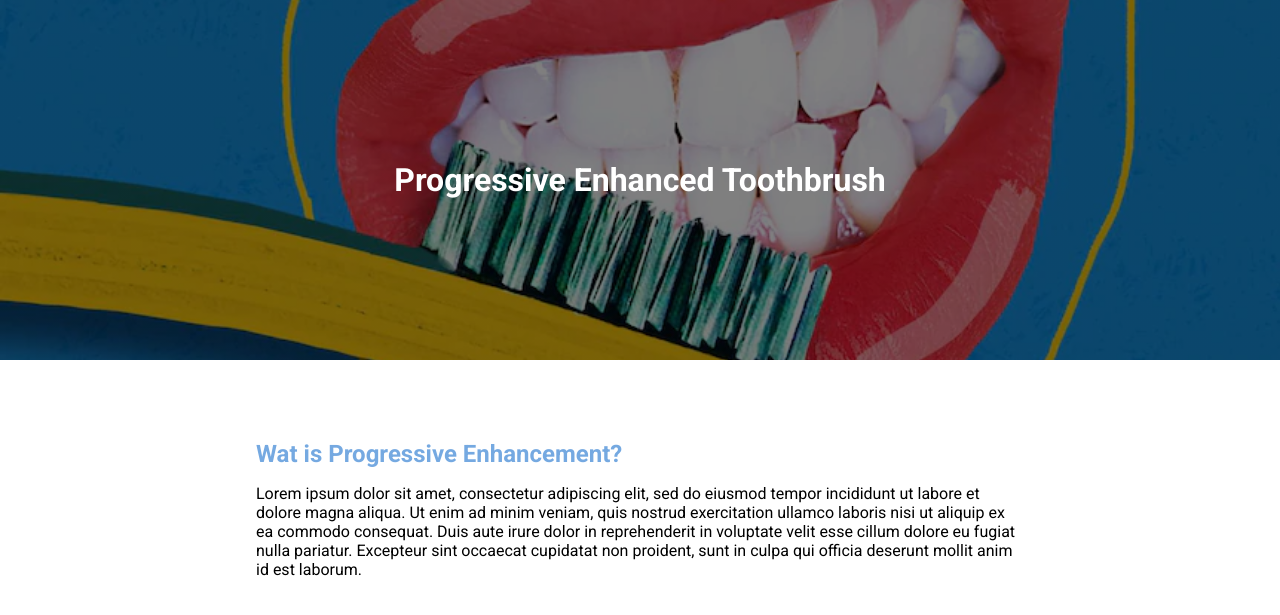
Repository: norakramer1/browser-technologies-2122
Page: progressive-enhanced-toothbrush-main/index.html
These files come from the project's save history. The page is drawn as it stood at one moment and after a run of saves; the edit follows.
The browser window is 1280 px wide. The pictures show the whole page.

Above is the page before, as saved 2022-03-23 12:14:31.

After the next 2 saves:
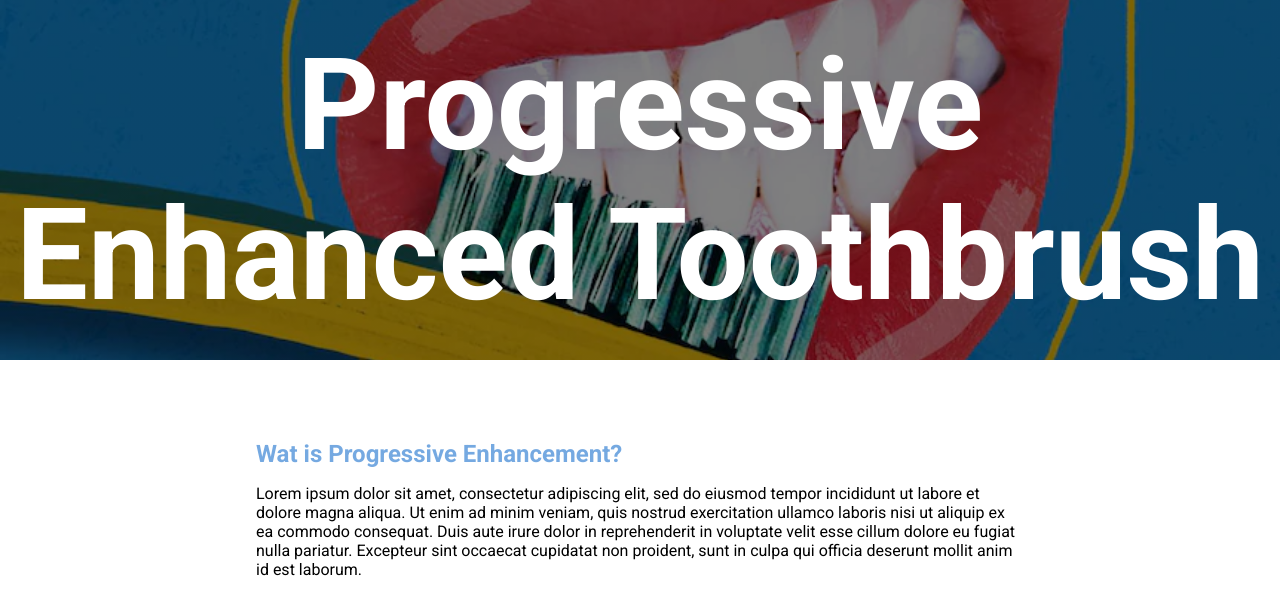
The 2 saves are shown as one change because they came seconds apart.
The last was saved 5 s later.
--- a/progressive-enhanced-toothbrush-main/style.css
+++ b/progressive-enhanced-toothbrush-main/style.css
@@ -19,7 +19,7 @@ header {
 
 h1 {
     color: white;
-    /* font-size: 15vw; */
+    font-size: 10vw;
     padding: 0 1rem;
 }
 
